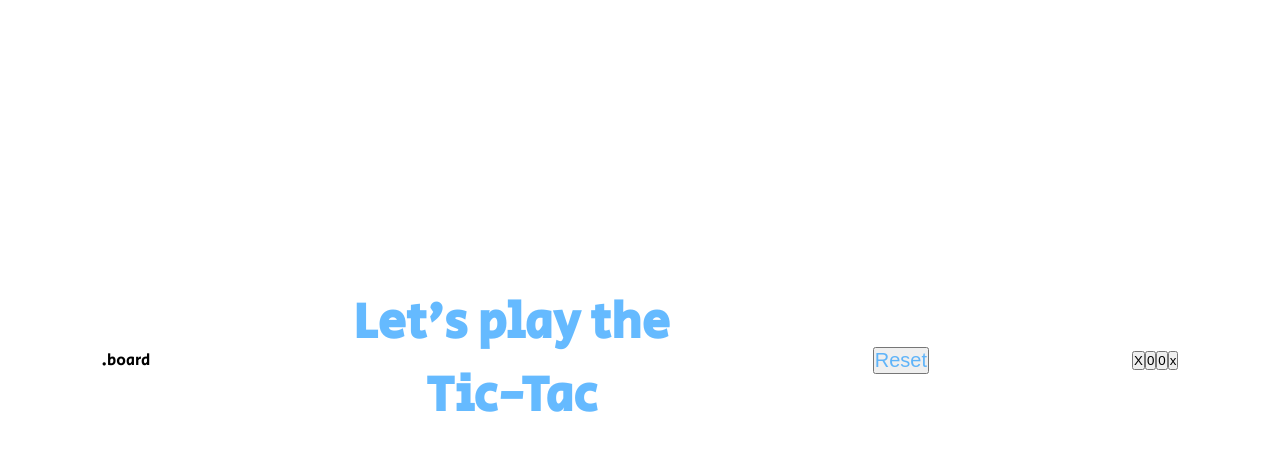
Repository: evergreenx/tic-tac
Page: /
An editor plug-in stored every save of this project. The page is shown before and after a run of saves, followed by the edit.
The browser window is 1280 px wide. The pictures show the whole page.
The project was rebuilt for these pictures with package versions that can differ from the ones it lists, and the page was loaded fresh each time.

Above is the page before, as saved 2022-04-21 04:05:20.

### src/index.scss
@import url("https://fonts.googleapis.com/css2?family=Anton&family=Secular+One&display=swap");

* {
  margin: 0;
  padding: 0;
  box-sizing: border-box;
}

body {
  font-family: "Secular One", sans-serif;
}

.App {
  display: flex;
  flex-direction: row;
  align-items: center;
  justify-content: space-around;
  height: 100vh;
}
.heading {
  color: #008cff9a;
  font-size: 50px;
}

.reset--button--text{
  color: #008cff9a;
  font-size: 20px;
}

@media (max-width: 768px) {
  .App {
    flex-direction: column;
  }
}

### src/App.js
import "./App.css";
import Board from "./components/Board";

function App() {
  return (
    <section className="App">


      .board
      <h1 className="heading">
        Let's play the <br /> Tic-Tac
      </h1>
      <div class="reset--button">
        <button class="reset--button--text">Reset</button>
      </div>
      <Board />
    </section>
  );
}

export default App;

### src/components/Board.jsx
import React from "react";
import './Board.scss'

function Board() {
  return (
    <div className="board">
      <button>X</button>

      <button>0</button>

      <button>0</button>

      <button>x</button>
    </div>
  );
}

export default Board;

### src/components/Board/Board.scss
.board {
  display: flex;
  flex-direction: row;
}

Loaded but not shown: public/index.html (common file); src/index.js (common file); src/reportWebVitals.js (common file); src/App.css (common file)

After the next 2 saves:
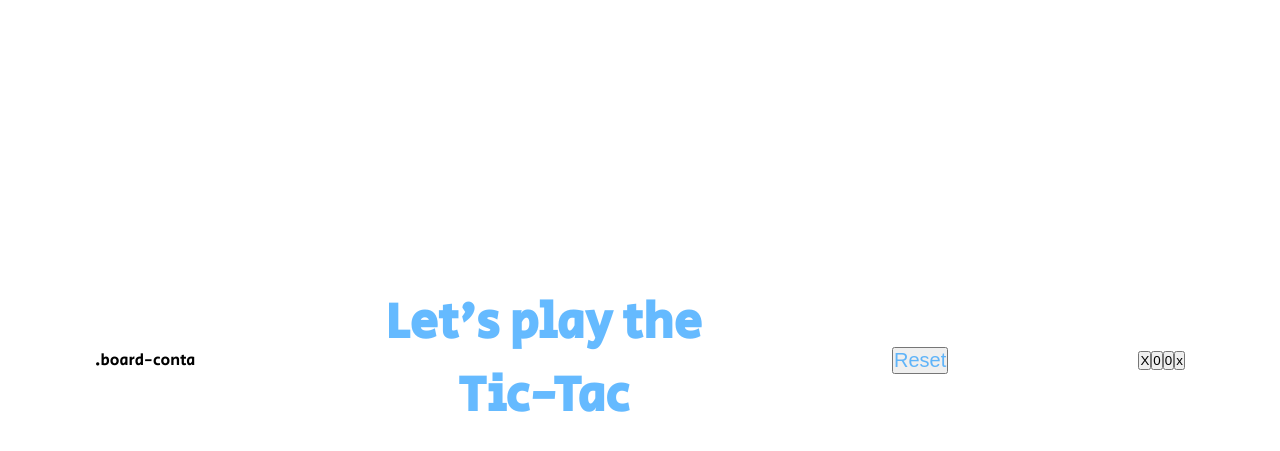
The 2 saves are shown as one change because they came seconds apart.
The last was saved 15 s later.
--- a/src/App.js
+++ b/src/App.js
@@ -6,7 +6,7 @@ function App() {
     <section className="App">
 
 
-      .board
+      .board-conta
       <h1 className="heading">
         Let's play the <br /> Tic-Tac
       </h1>
